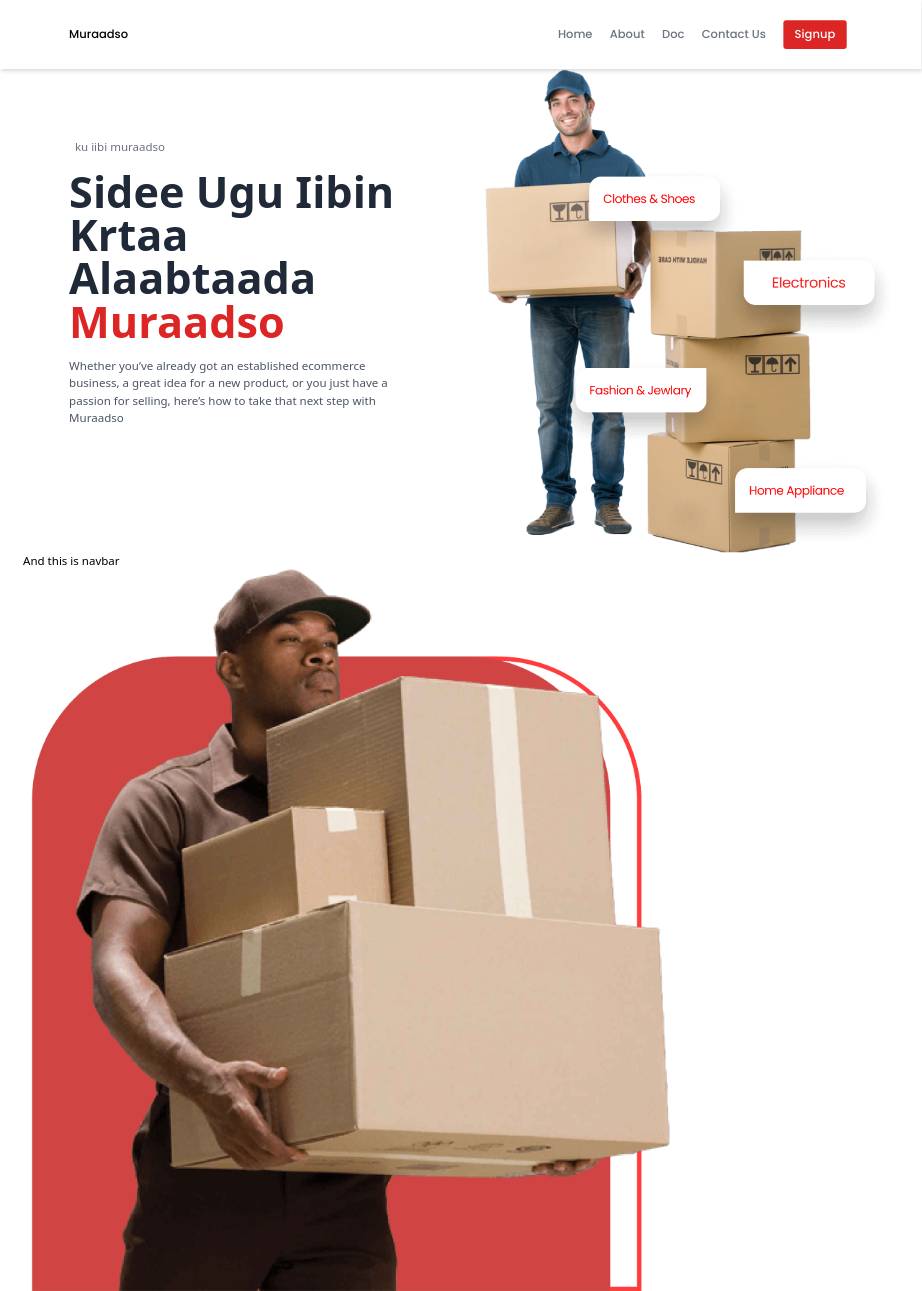
Repository: muraadso/Muraadso-Sellers
Page: /
The author's editor kept a copy of each file at every save. The page is drawn from the files as they stood at one save, then again after the next save.
The browser window is 1280 px wide. The pictures show the whole page, at 72% of full size.
The project was rebuilt for these pictures with package versions that can differ from the ones it lists, and the page was loaded fresh each time. The framework's server and built-in components were replaced by stand-ins that run in the browser. Also part of the build but not shown: next.config.js.

Above is the page before, as saved 2021-12-05 19:31:55.

### pages/_app.js
import '../styles/globals.css'
 import 'tailwindcss/tailwind.css'
import { Layout } from '../components/Layout'


function MyApp({ Component, pageProps }) {
  return (
    <Layout>
      <Component {...pageProps} />
    </Layout>
  )
}

export default MyApp

### pages/index.js
import Head from 'next/head'
import Image from 'next/image'
import Navbar from '../components/Navbar'
import Hero from '../components/Hero'
import About from '../components/About'
import styles from '../styles/Home.module.css'


export default function Home() {
  return (
    <div className={styles.container}>
      <Head>
        <title>Muraadso Sellers</title>
        <meta name="description" content="Generated by create next app" />
        <link rel="icon" href="/favicon.ico" />
      </Head>
      <Hero />
      <About />
    </div>
  )
}

### styles/globals.css
@import url('https://fonts.googleapis.com/css2?family=Lato:ital,wght@0,300;0,400;0,700;0,900;1,700&family=Poppins:wght@200;300;400;500;600;700&display=swap');
html,
body {
  padding: 0;
  margin: 0;
}

a {
  color: inherit;
  text-decoration: none;
}

* {
  box-sizing: border-box;
}


.navbar {
  box-shadow: 2px 1px 7px rgba(0, 0, 0, 0.226);
  font-family: 'Poppins', sans-serif  ;
  font-weight: 500;

}
  .logo{
    font-family: 'Lato', sans-serif;
    font-weight: 700;
    color: rgb(233, 59, 59);
    font-size: 20px ;
  }

.nav{
}





@media screen and  (max-width: 415px){
  .nav{
    display: flex;
    color: blue;
    flex-direction: row;
  }
}




@tailwind base;
@tailwind components;
@tailwind utilities

### components/Layout.js
import Navbar from "./Navbar"
import Footer from "./Footer"

export const Layout = ({children}) => {
    return (
        <div className="layout">
            <Navbar />
                {children}
            <Footer />



        </div>
    )
}

### components/Navbar.jsx
import React, { useState } from "react";
import { HiOutlineMenuAlt2, HiOutlineMenuAlt3 } from "react-icons/hi";



export default function Navbar() {
  const [showNav, setShowNav] = useState(false);

  return (
    <nav className="sticky top-0 z-20 items-center justify-between bg-white px-14 md:px-24 md:py-5 navbar md:flex">
      <div className="flex items-center justify-between">
        <a href="#">
          <h2>Muraadso</h2>
        </a>


        {showNav ? (
          <HiOutlineMenuAlt3
            onClick={() => setShowNav(!showNav)}
            className="block w-10 h-10 p-2 cursor-pointer md:hidden"
          />
        ) : (
          <HiOutlineMenuAlt2
            onClick={() => setShowNav(!showNav)}
            className="block w-10 h-10 p-2 cursor-pointer md:hidden"
          />
        )}
      </div>

      <ul
        className={
          (showNav ? "left-0" : "-left-full") +
          " md:static fixed bottom-0 md:ml-24 top-14 md:flex md:space-x-6 items-center md:bg-transparent bg-white bg-opacity-90 md:w-auto w-10/12 md:text-gray-500 text-gray-800  md:space-y-0 space-y-5 p-2 transition-left nav"
        }
      >
        <a href="#"> Home</a>
        <a href="#"> About</a>
        <a href="#"> Doc</a>
        <a href="#"> Contact Us</a>
      <a className="px-4 py-2 text-white bg-red-600 rounded" href="">Signup</a>
      </ul>
    </nav>
  );
}

























// const Navbar = () => {
//     return (
//         <div>
//      <div className="sticky top-0 z-20 items-center justify-between bg-white md:flex navbar">
//          <a className="logo" href="#">Muraadso</a>
//          <nav className="fixed bottom-0 items-center w-10/12 p-2 space-y-5 text-white bg-gray-500 md:static top-12 md:flex md:space-x-7 md:bg-transparent bg-opacity-90 md:w-auto md:text-gray-500 md:space-y-0 transition-left nav">
//              <a className="hover:text-red-600" href="">Home</a>
//              <a className="hover:text-red-600" href="">About</a>
//              <a className="hover:text-red-600" href="">Doc</a>
//              <a className="hover:text-red-600" href="">Contact Us</a>
//          </nav>
//          <a href="#" className="px-4 py-2 text-white bg-red-600 rounded hover:bg-red-700 signup ">Signup</a>
//      </div>

//         </div>
//     )
// }

// export default Navbar

### components/Hero.jsx
const Hero = () => {
    return (
        <div className="grid grid-cols-2 hero">
                <div className="px-16 py-24 herotxt">
                    <h6 className="px-2 font-medium text-gray-500">ku iibi muraadso</h6>
                    <h1 className="my-5 md:font-bold md:text-gray-800 md:capitalize lg:text-6xl">sidee ugu iibin krtaa <br /> alaabtaada <span className="md:text-red-600">muraadso </span></h1>
                    <p className="text-gray-600" >Whether you’ve already got an established ecommerce business, a great idea for a new product, or you just have a passion for selling, here’s how to take that next step with Muraadso</p>
                </div>
                <div className="heroimg">
                    <img className="w-4/4 "  src="/images/heroimage.png" alt="heroimage" />
                </div>

        </div>
    )
}

export default Hero

### components/About.jsx

const About = () => {
    return (
        <div>
            <h2>And this is navbar</h2>
            <img src="/images/aboutimage.png" className="" alt="about image" />
        </div>
    )
}

export default About

### components/Footer.jsx
const Footer = () => {
    return (
        <div>
        </div>
    )
}

export default Footer

### tailwind.config.js
module.exports = {
   purge: ['./pages/**/*.{js,ts,jsx,tsx}', './components/**/*.{js,ts,jsx,tsx}'],
  darkMode: false, // or 'media' or 'class'
  theme: {
    extend: {
      transitionProperty: {
         'left': 'left',
        }
    },

  },
  variants: {
    extend: {},
  },
  plugins: [],
}

Loaded but not shown: pages/api/hello.js (common file); styles/Home.module.css (common file)

After the next save:
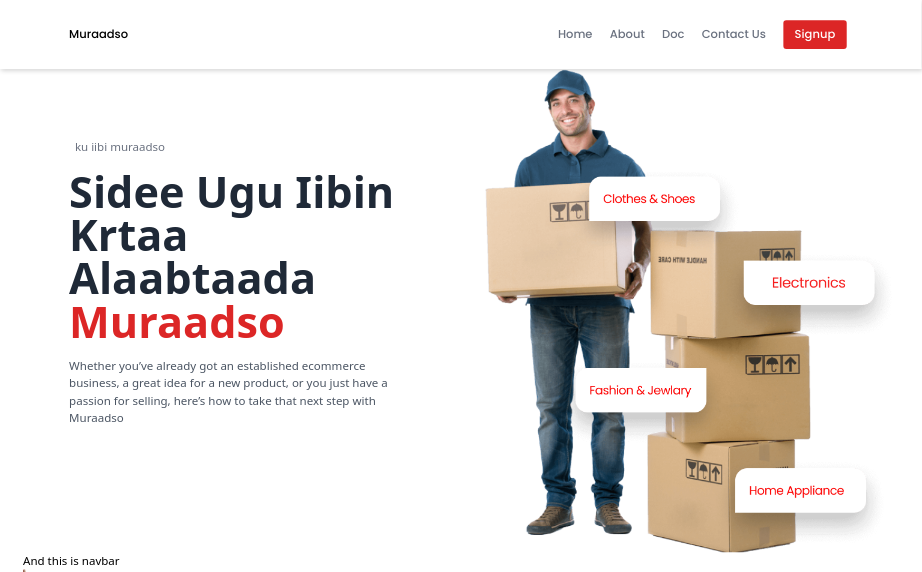
Saved 5 s later.
--- a/components/About.jsx
+++ b/components/About.jsx
@@ -3,7 +3,7 @@ const About = () => {
     return (
         <div>
             <h2>And this is navbar</h2>
-            <img src="/images/aboutimage.png" className="" alt="about image" />
+            <img src="/images/aboutimage.png" className="h-1" alt="about image" />
         </div>
     )
 }
